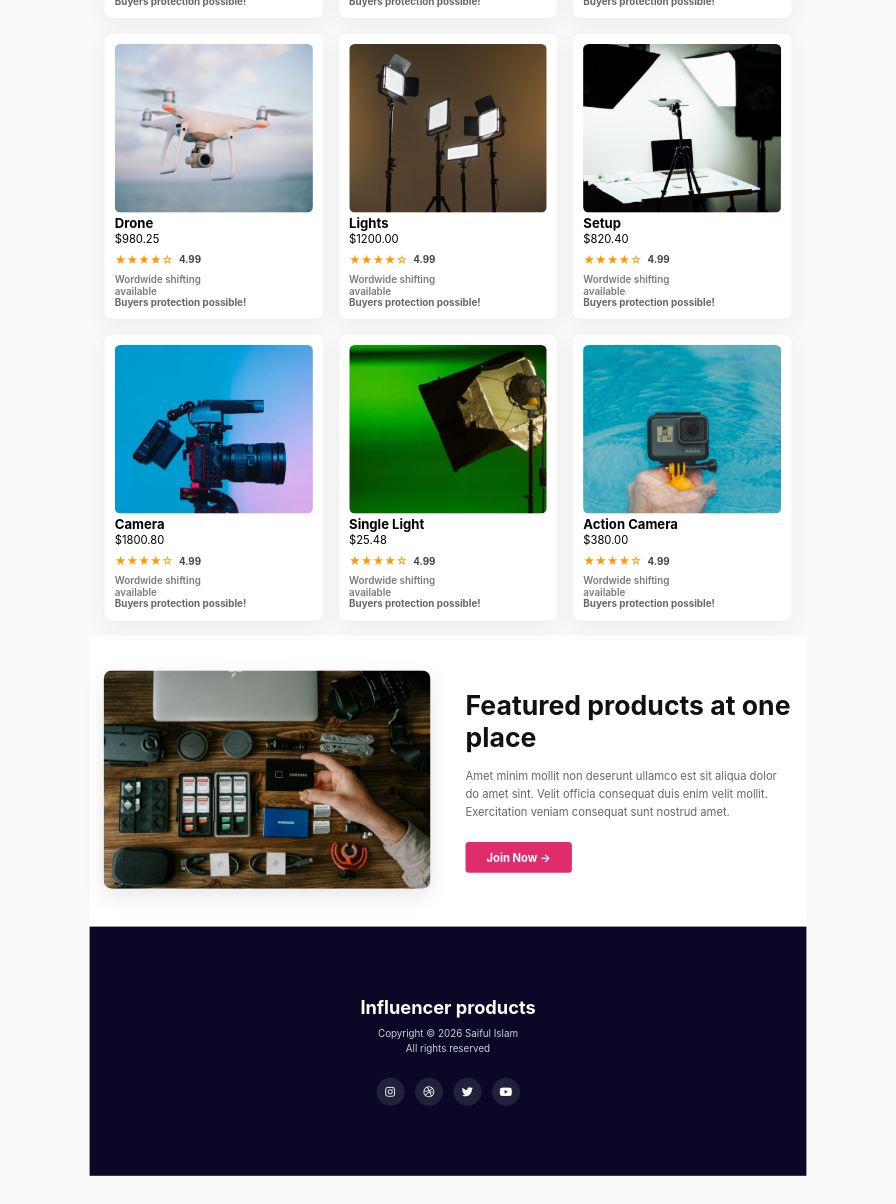
Repository: Saiful21Islam/Influencer-products
Page: it.html
The author's editor kept a copy of each file at every save. The page is drawn from the files as they stood at one save, then again after the next save.
The browser window is 1280 px wide. The pictures show the part of the page from y = 1404 to 3324 px (the page is 3124 px tall before and 3324 px after), at 70% of full size.

Above is the page before, as saved 2026-03-11 11:52:09.

After the next save:
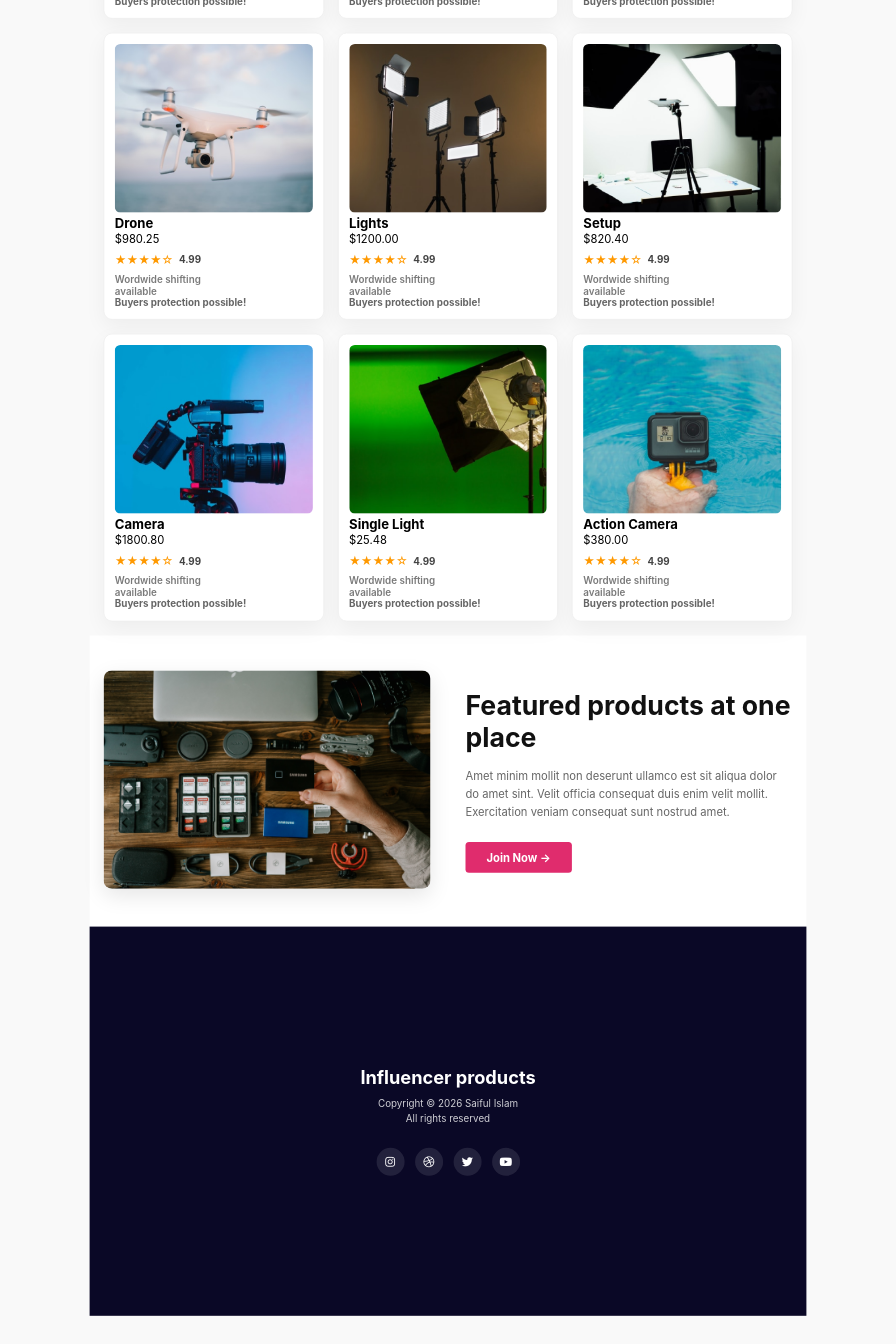
Saved 9 s later.
--- a/it.html
+++ b/it.html
@@ -280,7 +280,7 @@
     </section>
 
     <footer
-        style="background-color: #0A0826; color: white; text-align: center; padding: 100px 20px; font-family: sans-serif; width: 100%; box-sizing: border-box;">
+        style="background-color: #0A0826; color: white; text-align: center; padding: 200px 20px; font-family: sans-serif; width: 100%; box-sizing: border-box;">
 
         <h3 style="margin: 0 0 10px 0; font-size: 26px; font-weight: bold;">Influencer products</h3>
 
